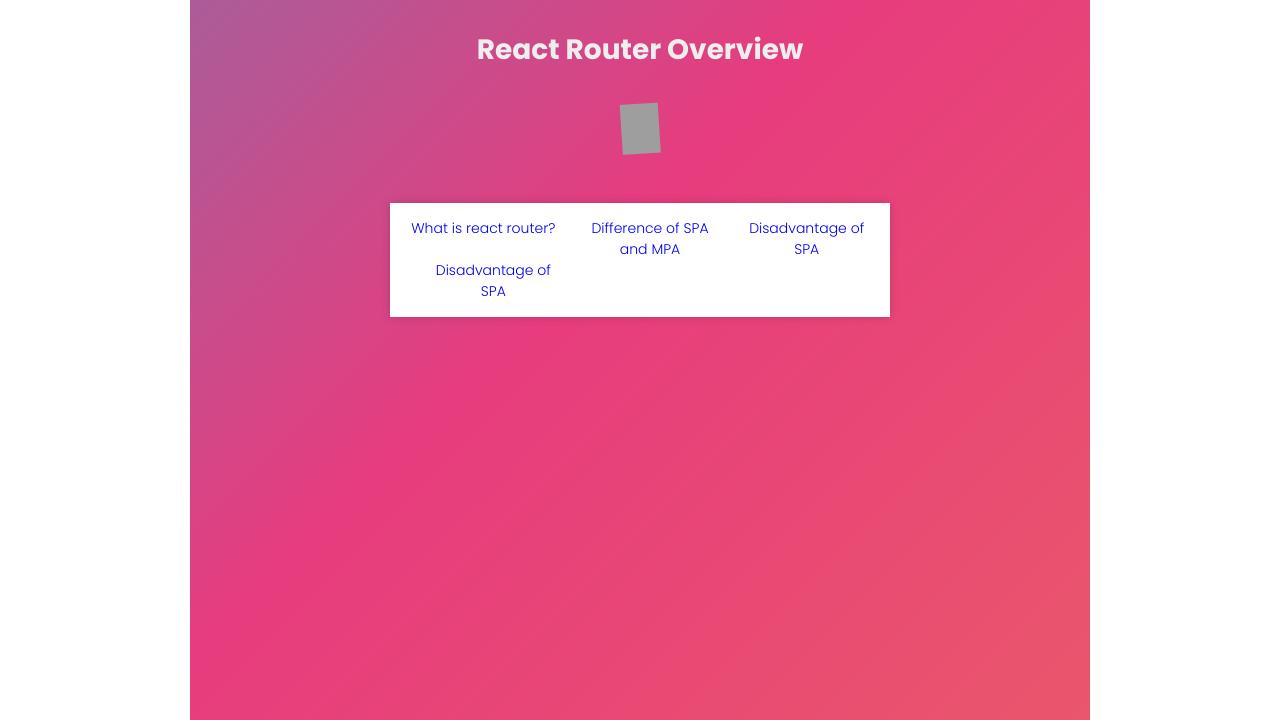
Repository: nguy3nds/2021-18-9-react
Page: /Nam
An editor plug-in stored every save of this project. The page is shown before and after a run of saves, followed by the edit.
The browser window is 1280 px wide. The pictures show the whole page.
Pictures or frames that could not be fetched are drawn as grey boxes. The project was rebuilt for these pictures with package versions that can differ from the ones it lists, and the page was loaded fresh each time. Also part of the build but not shown: src/components/What.js, src/components/Why.js, src/components/How.js.

Above is the page before, as saved 2021-09-19 21:51:18.

After the next 2 saves:
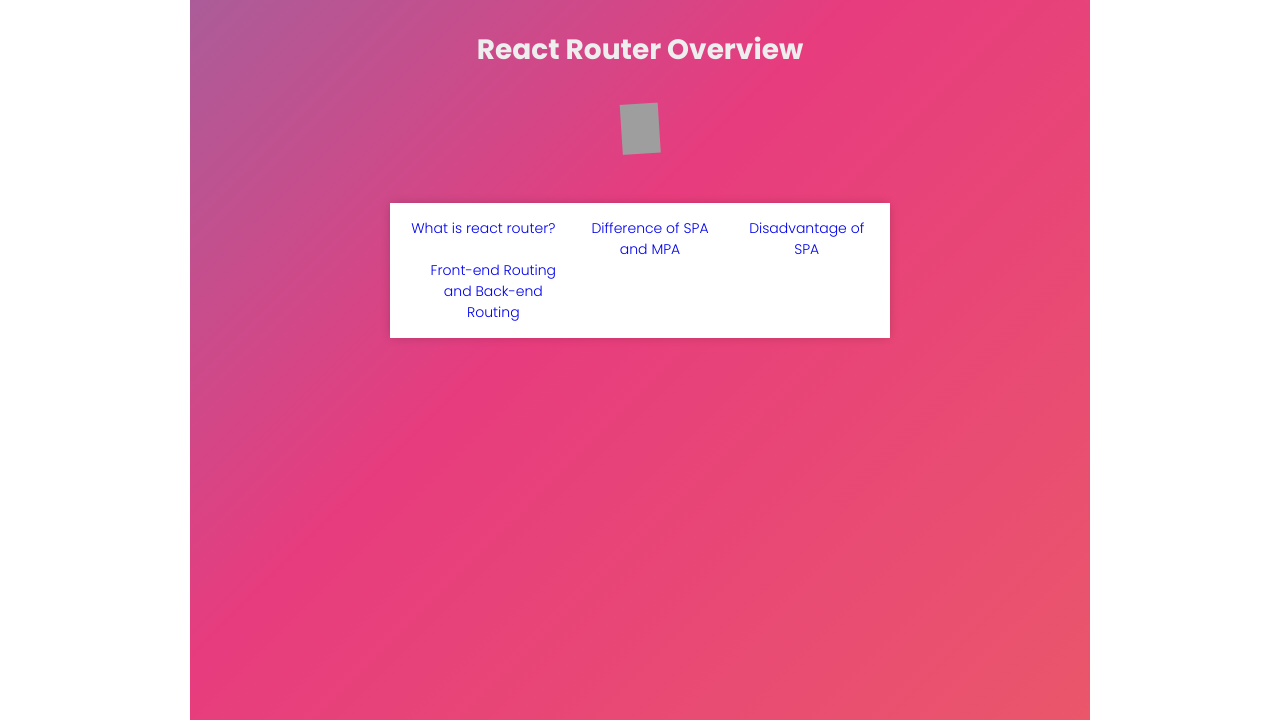
The 2 saves are shown as one change because they came seconds apart.
The last was saved 16 s later.
--- a/src/App.js
+++ b/src/App.js
@@ -33,7 +33,7 @@ export default function App() {
               <Link to="/Nam">Disadvantage of SPA</Link>
             </li>
             <li className="menu-item has-child">
-              <Link to="/Tung">Disadvantage of SPA</Link>
+              <Link to="/Tung">Front-end Routing and Back-end Routing</Link>
             </li>
           </ul>
         </nav>
